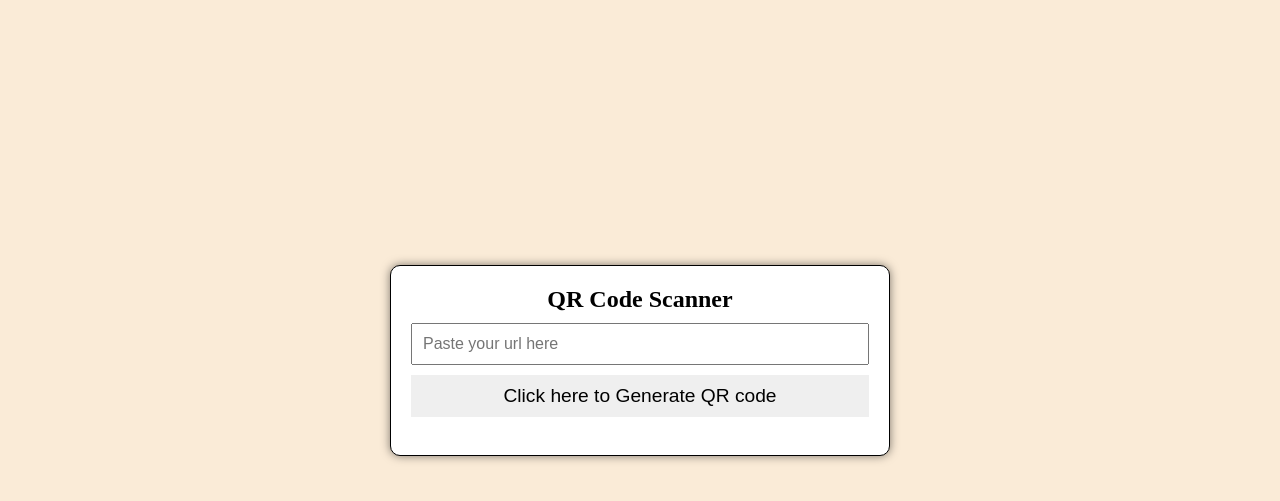
Repository: JunaidAnsari202/QR-Scanner
Page: index.html
These files come from the project's save history. The page is drawn as it stood at one moment and after a run of saves; the edit follows.
The browser window is 1280 px wide. The pictures show the whole page.

Above is the page before, as saved 2024-10-12 12:25:32.

### index.html
<!DOCTYPE html>
<html lang="en">
<head>
    <meta charset="UTF-8">
    <meta name="viewport" content="width=device-width, initial-scale=1.0">
    <title>Document</title><link rel="stylesheet" href="style.css">
</head>
<body>
    <div class="qr-container">
        <h2>QR Code Scanner</h2>
        <input type="text" id="qr-input" placeholder="Paste your url here">
        <button id="qr-button">Click here to Generate QR code</button>
        <img src="" alt="" id="qr-img">
    </div>
</body>
<script src="scripit.js"></script>
</html>

### style.css
*{
    padding: 0;
    margin: 0;
    box-sizing: border-box;
}

body{
    background-color: antiquewhite;
    display: flex;
    justify-content: center;
    align-items: center;
    height: 100vh;
}

.qr-container{
    border: 1px solid black;
    border-radius: 10px;
    padding: 20px;
    width: 500px;
    box-shadow: 0 0 10px 0 rgba(0,0,0,0.5 );
    background-color: white;
}

h2{
    text-align: center;
    margin-bottom: 10px;
}

#qr-input{
    display: block;
    margin-bottom: 10px;
    width: 100%;
    font-size: 16px;
    padding: 10px;
}

#qr-button{
    width: 100%;
    padding: 10px;
    font-size: 1.2rem;
    border: none;
    background-color:;
}

Loaded but not shown: scripit.js (no copy from this time; the picture is the same without it)

After the next 4 saves:
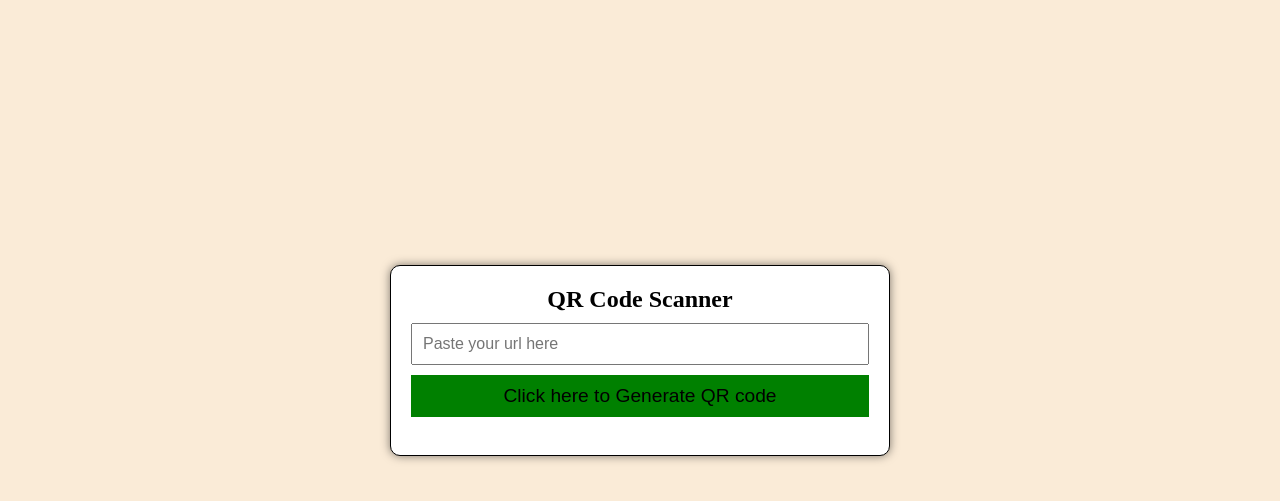
The 4 saves are shown as one change because they came seconds apart.
The last was saved 10 s later.
--- a/style.css
+++ b/style.css
@@ -39,5 +39,6 @@ h2{
     padding: 10px;
     font-size: 1.2rem;
     border: none;
-    background-color:;
+    background-color:green;
+    co
 }
